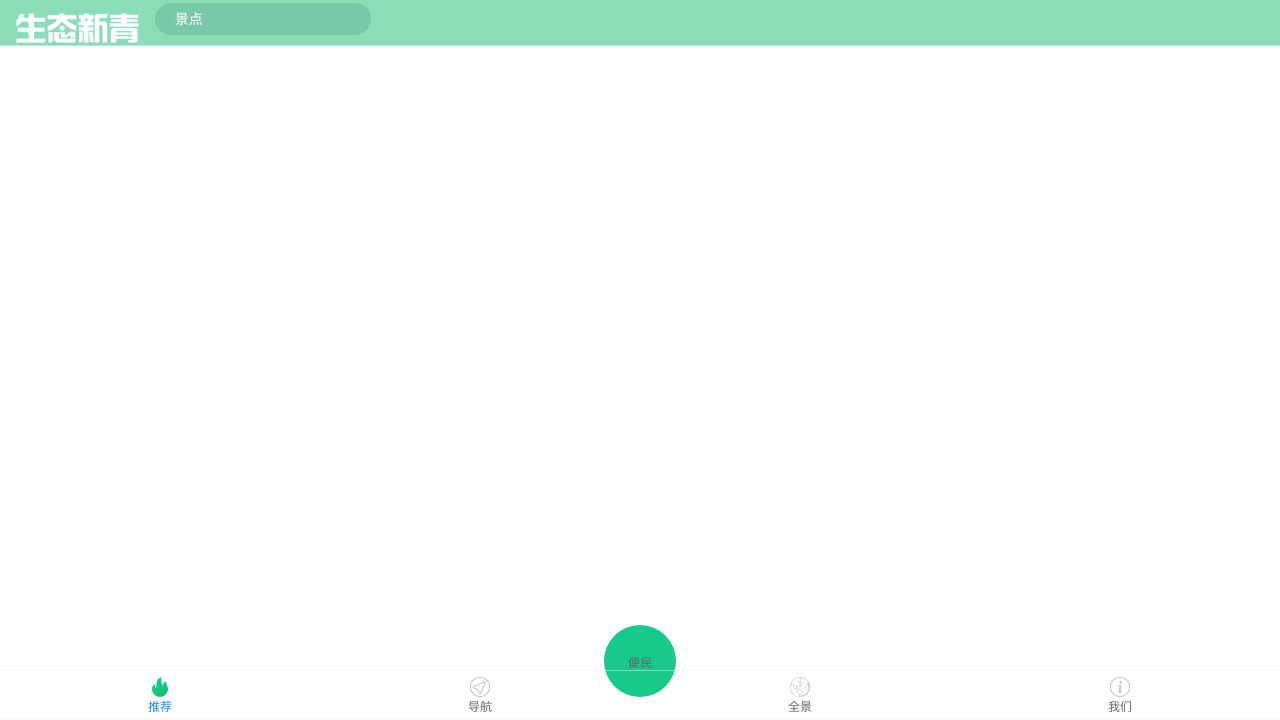
Repository: huye123/stcq
Page: /
An editor plug-in stored every save of this project. The page is shown before and after the next save, followed by the edit.
The browser window is 1280 px wide. The pictures show the whole page.
The project was rebuilt for these pictures with package versions that can differ from the ones it lists, and the page was loaded fresh each time. Also part of the build but not shown: src/components/search.vue.

Above is the page before, as saved 2019-06-28 16:38:05.

### index.html
<!DOCTYPE html>
<html>
  <head>
    <meta charset="utf-8">
    <meta name="viewport" content="width=device-width,initial-scale=1.0">
    <title>stcqapp</title>
  </head>
  <body>
    <div id="app"></div>
    <!-- built files will be auto injected -->
  </body>
</html>

### src/main.js
// The Vue build version to load with the `import` command
// (runtime-only or standalone) has been set in webpack.base.conf with an alias.
import Vue from 'vue'
import App from './App'
import router from './router'
import Vant from 'vant';
import 'vant/lib/index.css';
Vue.use(Vant)

Vue.config.productionTip = false

// require('src\style\index.less')
/* eslint-disable no-new */
new Vue({
  el: '#app',
  router,
  components: { App },
  template: '<App/>'
})

### src/App.vue
<template>
  <div id="app">
     <router-view/>
  <van-tabbar v-model="active">
  <van-tabbar-item >
    <span>推荐</span>
    <img
      slot="icon"
      slot-scope="props"
      :src="props.active ? icon.active : icon.normal"
    >
  </van-tabbar-item>
  <van-tabbar-item >
    <span>导航</span>
    <img
      slot="icon"
      slot-scope="search"
      :src="search.active ? icon.active1 : icon.navigation"
    >
  </van-tabbar-item>
  <van-tabbar-item  class="bianmin">
    <span>便民</span>
  </van-tabbar-item>
  <van-tabbar-item >
    <span>全景</span>
    <img
      slot="icon"
      slot-scope="panorama"
      :src="panorama.active ? icon.active3 : icon.panorama"
    >
  </van-tabbar-item>
  <van-tabbar-item >
    <span>我们</span>
    <img
      slot="icon"
      slot-scope="user"
      :src="user.active ? icon.active4 : icon.user"
    >
  </van-tabbar-item>
  <!-- <van-tabbar-item icon="search">标签</van-tabbar-item>
  <van-tabbar-item icon="setting-o">标签</van-tabbar-item>
  <van-tabbar-item icon="search">标签</van-tabbar-item> -->
</van-tabbar>
  </div>
</template>

<script>
export default {
  name: 'App',
  data() {
    return {
      active: 0,
      icon: {
        normal: 'static/image/tuijian-n.png',
        active: 'static/image/tuijian-s.png',
        navigation: 'static/image/daolan-n.png',
        active1: 'static/image/daolan-s.png',
        panorama: 'static/image/quanjing-n.png',
        active3: 'static/image/quanjing-s.png',
        user: 'static/image/women-n.png',
        active4: 'static/image/women-s.png'
      },
      //  iconNav: {
      //   normal: 'static/image/daolan-n.png',
      //   active: 'static/image/daolan-s.png'
      // }
    }
  },
}
</script>

<style>
#app {
  font-family: 'Avenir', Helvetica, Arial, sans-serif;
  -webkit-font-smoothing: antialiased;
  -moz-osx-font-smoothing: grayscale;
  text-align: center;
  color: #2c3e50;
  margin-top: 60px;
}
.bianmin{
      background: #18ca8a;
    border-radius: 50%;
    /* width: 100%; */
    height: 72px;
    width: 72px;
    position: absolute;
    top:  calc(-50% - 20px);
    left: calc(50% - 36px);

}
</style>

### src/router/index.js
import Vue from 'vue'
import Router from 'vue-router'
import HelloWorld from '@/components/HelloWorld'
import Search from '@/components/search'

Vue.use(Router)

export default new Router({
  routes: [
    {
      path: '/',
      name: 'HelloWorld',
      component: HelloWorld
    },
    {
      path: '@/components/search',
      name: 'search',
      meta: {
       title: '搜索',
      },
     }

  ]
})

### src/components/HelloWorld.vue
<template>
  <div class="hello">
    <van-nav-bar fixed class="index">
      <div slot="left">
        <!-- <span class="title">生态新青</span> -->
        <van-col span="8" class="logo">
          <img src="../../static/image/logo.png" alt="">
        </van-col>
        <router-link :to="{ name: '搜索'}">
          <van-col span="14" class="indexBtn" :offset="1">
            <button>景点</button>
          </van-col>
        </router-link>
      </div>
  <!-- <van-icon name="search" slot="right" /> -->
</van-nav-bar>
  </div>
</template>

<script>
export default {
  name: 'HelloWorld',
  data () {
    return {

    }
  }
}
</script>

<!-- Add "scoped" attribute to limit CSS to this component only -->

<style scoped>
 .index{
   background-color: rgba(25, 186, 117, 0.5);
   /* opacity: 0.5; */

 }
  .logo img{
     width: 100%;
      display: block;
      margin-top: 10px;

   }
   .indexBtn button{
     background-color:  rgba(105, 184, 153, 0.5);
     border: 0px;
     width: 100%;
     border-radius: 25px;
     line-height: 30px;
     color: #fff;
     text-align: left;
     padding-left: 20px;
   }

</style>

After the next save:
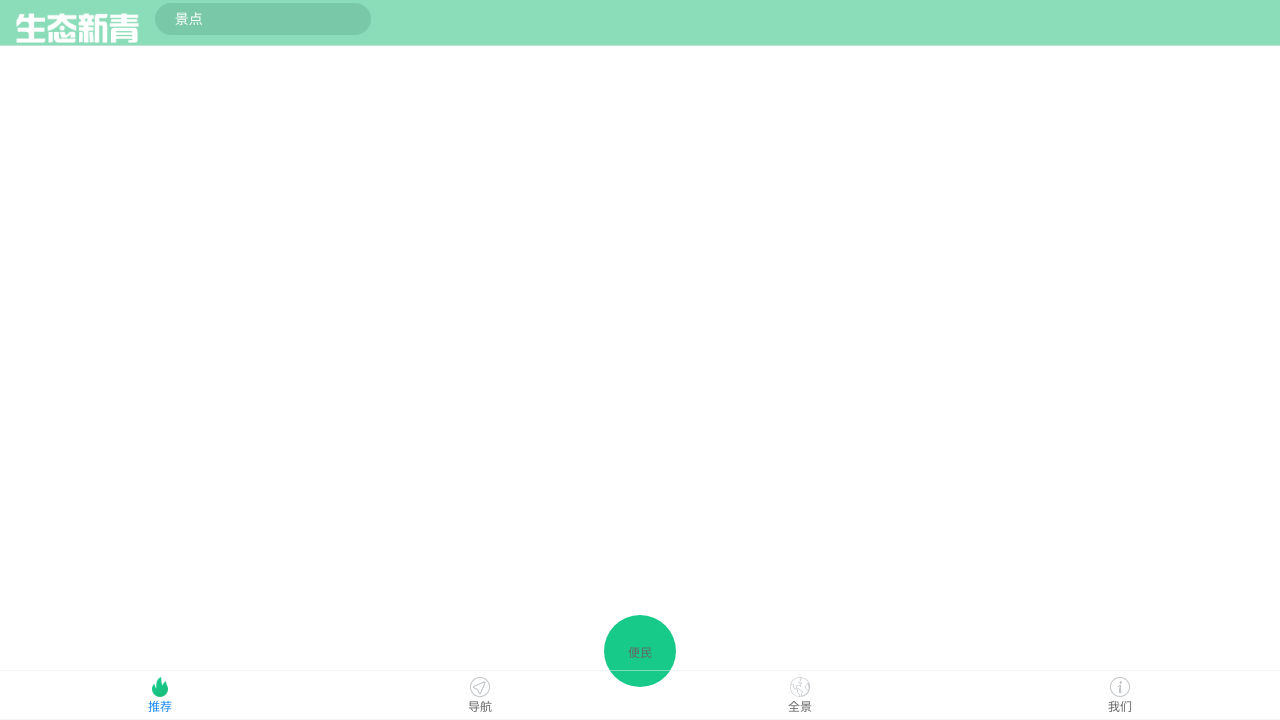
Saved 8 s later.
--- a/src/App.vue
+++ b/src/App.vue
@@ -85,7 +85,7 @@
     height: 72px;
     width: 72px;
     position: absolute;
-    top:  calc(-50% - 20px);
+    top:  calc(-50% - 30px);
     left: calc(50% - 36px);
 
 }

After the save that followed:
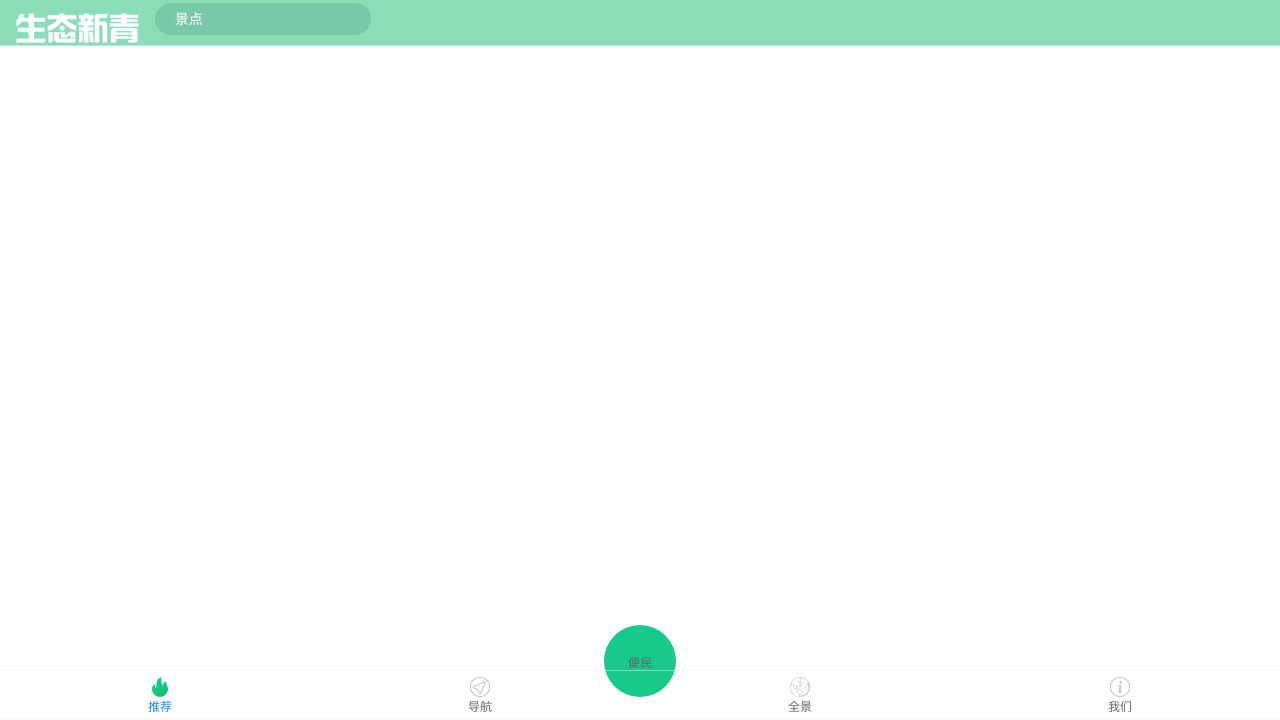
Saved 17 s later.
--- a/src/App.vue
+++ b/src/App.vue
@@ -85,7 +85,7 @@
     height: 72px;
     width: 72px;
     position: absolute;
-    top:  calc(-50% - 30px);
+    top:  calc(-50% - 20px);
     left: calc(50% - 36px);
 
 }
